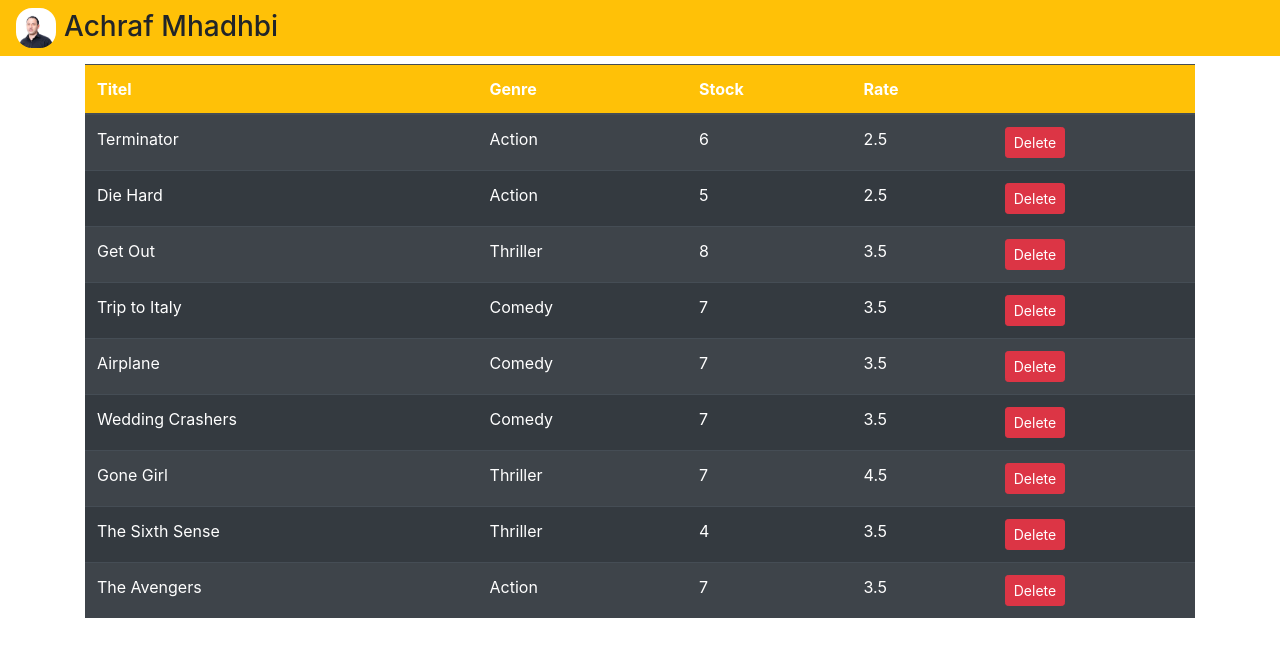
Repository: AMhadhbi/TecMovies-web-app
Page: /
An editor plug-in stored every save of this project. The page is shown before and after the next save, followed by the edit.
The browser window is 1280 px wide. The pictures show the whole page.
The project was rebuilt for these pictures with package versions that can differ from the ones it lists, and the page was loaded fresh each time.

Above is the page before, as saved 2021-03-08 20:59:47.

### src/index.js
import React from 'react';
import ReactDOM from 'react-dom';
import './index.css';
import App from './App';
import reportWebVitals from './reportWebVitals';
import "bootstrap/dist/css/bootstrap.css";
import "font-awesome/css/font-awesome.css";

ReactDOM.render(
  <React.StrictMode>
    <App />
  </React.StrictMode>,
  document.getElementById('root')
);

// If you want to start measuring performance in your app, pass a function
// to log results (for example: reportWebVitals(console.log))
// or send to an analytics endpoint. Learn more: https://bit.ly/CRA-vitals
reportWebVitals();

### src/App.js
import React from 'react';
import Movies from './components/movies';
import Navbar from './components/navbar';

function App() {
  return (
    <React.Fragment>
      <Navbar/>
      <div className='container'>
      <Movies/>
      </div>
    </React.Fragment>

   );
}

export default App;

### src/components/movies.jsx
import React, { Component } from 'react';
import { getMovies } from '../services/fakeMovieService';

class Movies extends Component {
    state = {
        movies : getMovies()
     }
    render() {
        const {movies} = this.state;
        return (
            <table className="table table-striped table-dark">
            <thead className="bg-warning">
              <tr>
                <th>Titel</th>
                <th>Genre</th>
                <th>Stock</th>
                <th>Rate</th>
                <th/>
              </tr>
            </thead>
            <tbody>
            {movies.map((movie) => (
                <tr key={movie.id}>
                    <td>{movie.title}</td>
                    <td>{movie.genre.name}</td>
                    <td>{movie.numberInStock}</td>
                    <td>{movie.dailyRentalRate}</td>
                    <td>
                    <button className="btn btn-danger btn-sm">Delete</button>
                    </td>
            </tr>
            ))}

            </tbody>
          </table>
         );
    }
}

export default Movies;

### src/components/navbar.jsx
import React, { Component } from 'react';
class Navbar extends Component {
    render() {
        return (
            <nav className="navbar navbar-light bg-warning h3">
            <span>
                <img className ="mr-2" src='images/me.png' alt=""
                style={{width: "40px", height: "40px", borderRadius :"40%"}}
                />
                Achraf Mhadhbi
            </span>
            </nav>
         );
    }
}

export default Navbar;

### src/services/fakeMovieService.js
import * as genresAPI from "./fakeGenreService";

const movies = [
  {
    _id: "5b21ca3eeb7f6fbccd471815",
    title: "Terminator",
    genre: { _id: "5b21ca3eeb7f6fbccd471818", name: "Action" },
    numberInStock: 6,
    dailyRentalRate: 2.5,
    publishDate: "2018-01-03T19:04:28.809Z",
    liked: true,
  },
  {
    _id: "5b21ca3eeb7f6fbccd471816",
    title: "Die Hard",
    genre: { _id: "5b21ca3eeb7f6fbccd471818", name: "Action" },
    numberInStock: 5,
    dailyRentalRate: 2.5,
    liked: false,
  },
  {
    _id: "5b21ca3eeb7f6fbccd471817",
    title: "Get Out",
    genre: { _id: "5b21ca3eeb7f6fbccd471820", name: "Thriller" },
    numberInStock: 8,
    dailyRentalRate: 3.5,
    liked: true,
  },
  {
    _id: "5b21ca3eeb7f6fbccd471819",
    title: "Trip to Italy",
    genre: { _id: "5b21ca3eeb7f6fbccd471814", name: "Comedy" },
    numberInStock: 7,
    dailyRentalRate: 3.5,
    liked: false,
  },
  {
    _id: "5b21ca3eeb7f6fbccd47181a",
    title: "Airplane",
    genre: { _id: "5b21ca3eeb7f6fbccd471814", name: "Comedy" },
    numberInStock: 7,
    dailyRentalRate: 3.5,
    liked: true,
  },
  {
    _id: "5b21ca3eeb7f6fbccd47181b",
    title: "Wedding Crashers",
    genre: { _id: "5b21ca3eeb7f6fbccd471814", name: "Comedy" },
    numberInStock: 7,
    dailyRentalRate: 3.5,
    liked: true,
  },
  {
    _id: "5b21ca3eeb7f6fbccd47181e",
    title: "Gone Girl",
    genre: { _id: "5b21ca3eeb7f6fbccd471820", name: "Thriller" },
    numberInStock: 7,
    dailyRentalRate: 4.5,
    liked: false,
  },
  {
    _id: "5b21ca3eeb7f6fbccd47181f",
    title: "The Sixth Sense",
    genre: { _id: "5b21ca3eeb7f6fbccd471820", name: "Thriller" },
    numberInStock: 4,
    dailyRentalRate: 3.5,
    liked: true,
  },
  {
    _id: "5b21ca3eeb7f6fbccd471821",
    title: "The Avengers",
    genre: { _id: "5b21ca3eeb7f6fbccd471818", name: "Action" },
    numberInStock: 7,
    dailyRentalRate: 3.5,
    liked: false,
  },
];

export function getMovies() {
  return movies;
}

export function getMovie(id) {
  return movies.find((m) => m._id === id);
}

export function saveMovie(movie) {
  let movieInDb = movies.find((m) => m._id === movie._id) || {};
  movieInDb.name = movie.name;
  movieInDb.genre = genresAPI.genres.find((g) => g._id === movie.genreId);
  movieInDb.numberInStock = movie.numberInStock;
  movieInDb.dailyRentalRate = movie.dailyRentalRate;

  if (!movieInDb._id) {
    movieInDb._id = Date.now();
    movies.push(movieInDb);
  }

  return movieInDb;
}

export function deleteMovie(id) {
  let movieInDb = movies.find((m) => m._id === id);
  movies.splice(movies.indexOf(movieInDb), 1);
  return movieInDb;
}

Loaded but not shown: public/index.html (common file); src/index.css (common file); src/reportWebVitals.js (common file); src/services/fakeGenreService.js (common file)

After the next save:
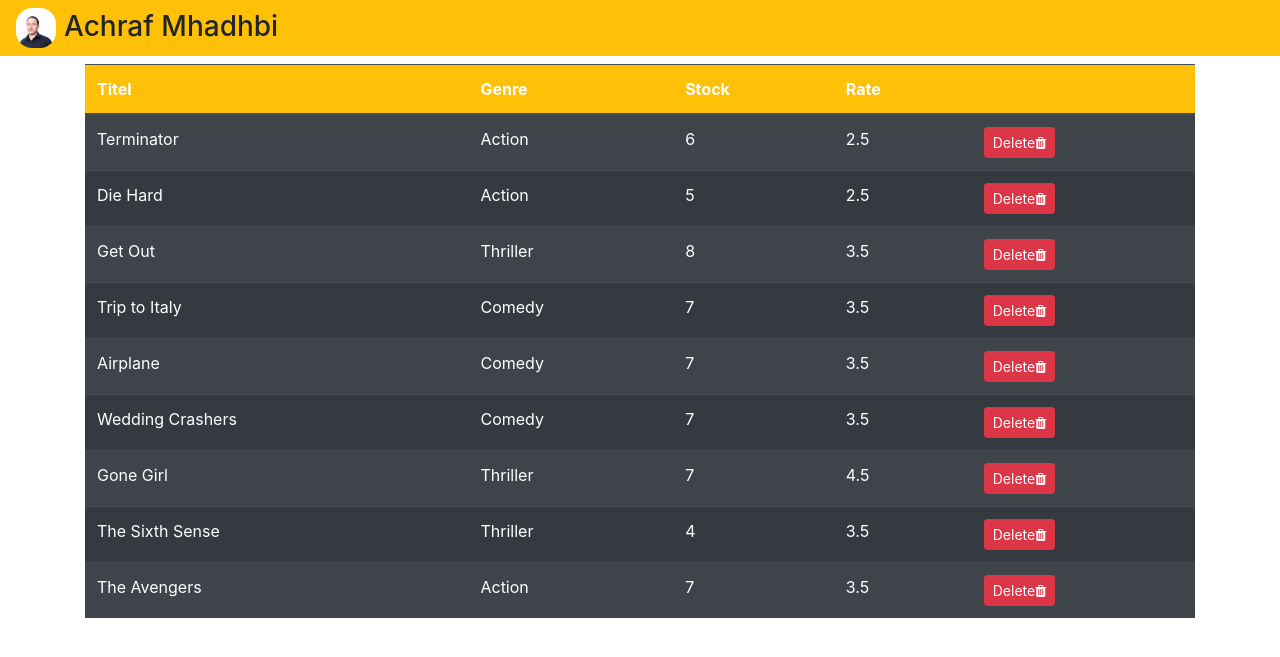
Saved 7 min 28 s later.
--- a/src/components/movies.jsx
+++ b/src/components/movies.jsx
@@ -26,7 +26,9 @@ class Movies extends Component {
                     <td>{movie.numberInStock}</td>
                     <td>{movie.dailyRentalRate}</td>
                     <td>
-                    <button className="btn btn-danger btn-sm">Delete</button>
+                    <button className="btn btn-danger btn-sm">Delete
+                    <i className="fa fa-trash"/>
+                    </button>
                     </td>
             </tr>
             ))}
